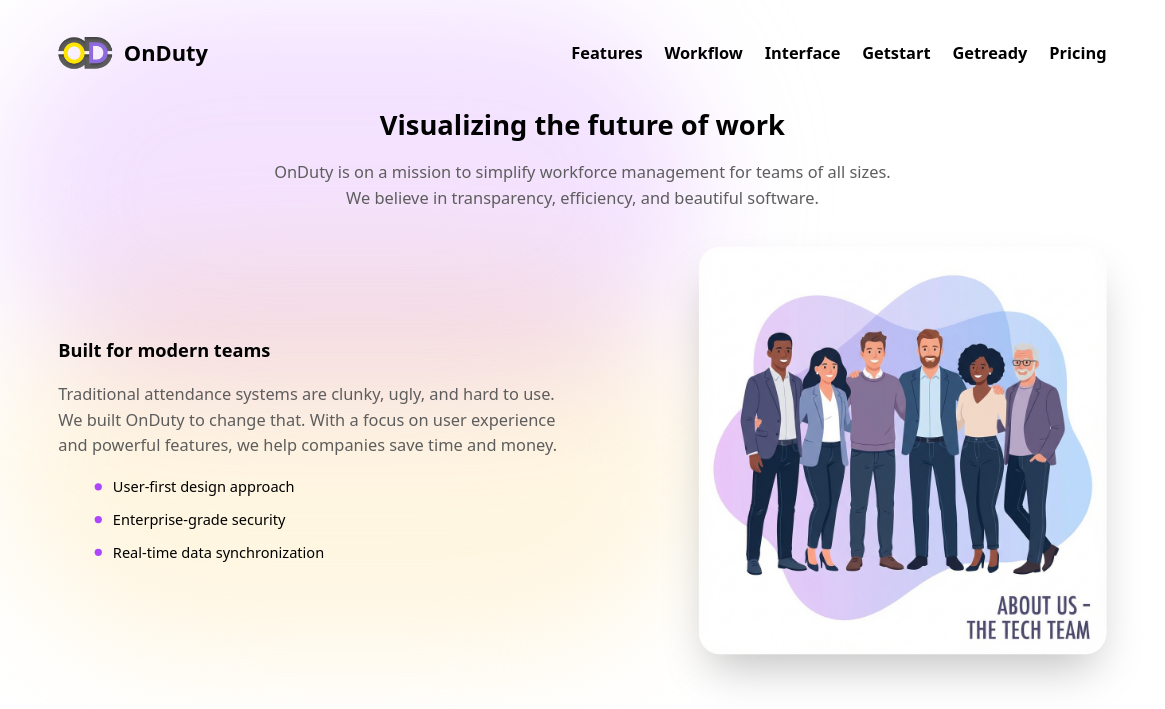
Repository: shekharzorin/ONDUTY-V1
Page: /about
An editor plug-in stored every save of this project. The page is shown before and after the next save, followed by the edit.
The browser window is 1280 px wide. The pictures show the whole page, at 91% of full size.
The project was rebuilt for these pictures with package versions that can differ from the ones it lists, and the page was loaded fresh each time. The framework's server and built-in components were replaced by stand-ins that run in the browser. Also part of the build but not shown: next.config.mjs, vite.config.js, app/components/ui/Crossicon.tsx.

Above is the page before, as saved 2026-01-17 16:23:56.

### app/layout.tsx
import type { Metadata } from "next";
import { Geist, Geist_Mono } from "next/font/google";
import "./globals.css";
import Navbar from "./components/header/Navbar";

const geistSans = Geist({
  variable: "--font-geist-sans",
  subsets: ["latin"],
});

const geistMono = Geist_Mono({
  variable: "--font-geist-mono",
  subsets: ["latin"],
});

export const metadata: Metadata = {
  title: "Create Next App",
  description: "Generated by create next app",
};

export default function RootLayout({
  children,
}: Readonly<{
  children: React.ReactNode;
}>) {
  return (
    <html lang="en">
      <body
        className={`${geistSans.variable} ${geistMono.variable} antialiased`}
      >
        <Navbar />
        {children}
      </body>
    </html>
  );
}

### app/about/page.tsx
import About from '../components/sections/about'

const page = () => {
  return (
    <About/>
  )
}

export default page

### app/globals.css
@import "tailwindcss";

:root {
  --color-primary: #8d6bdc;
  --color-secondary: #e0d4ff;
  --color-bg: #efefef;
  --color-sidebar: #ffffff;
  --color-gray: #5d5d5d;
}

html {
  scroll-behavior: smooth;
}




.flip-card {
  perspective: 1000px;
}

.flip-card-inner {
  transform-style: preserve-3d;
}

.flip-card-front,
.flip-card-back {
  position: absolute;
  width:auto;
  height:auto;
  backface-visibility: hidden;
}

.flip-card-back {
  transform: rotateY(180deg);
}

### app/components/header/Navbar.tsx
"use client";

import Logo from "@/public/images/od_logo.png";
import Image from "next/image";
import Link from "next/link";
import { usePathname } from "next/navigation";
import { useEffect, useState } from "react";
import { MdMenu } from "react-icons/md";
import { motion, AnimatePresence } from "framer-motion";
import { useRouter } from "next/navigation";
import Crossicon from "../ui/Crossicon";

export const navLinks = [
  { name: "Features", id: "features" },
  { name: "Workflow", id: "workflow" },
  { name: "Interface", id: "interface" },
  { name: "Getstart", id: "getstart" },
  { name: "Getready", id: "getready" },
  { name: "Pricing", path: "/pricing/" },
];

const Navbar = () => {
  const pathname = usePathname();
  const [isScrolled, setIsScrolled] = useState(false);
  const [isNavOpen, setIsNavOpen] = useState(false);
  const router = useRouter();
  const [activeSection, setActiveSection] = useState<string | null>(null);

  const handleScrollNav = (id: string) => {
    setActiveSection(id);
    router.push(`/#${id}`);
  };

  useEffect(() => {
    if (pathname !== "/") {
      setActiveSection(null);
    }
  }, [pathname]);

  useEffect(() => {
    if (pathname !== "/") return;
    const hash = window.location.hash.replace("#", "");
    if (hash) {
      setActiveSection(hash);
    } else {
      setActiveSection("features");
    }
  }, [pathname]);

  useEffect(() => {
    const handleScroll = () => setIsScrolled(window.scrollY > 20);
    window.addEventListener("scroll", handleScroll);
    return () => window.removeEventListener("scroll", handleScroll);
  }, []);

  useEffect(() => {
    if (isNavOpen) {
      document.body.style.overflow = "hidden";
    } else {
      document.body.style.overflow = "";
    }
    return () => {
      document.body.style.overflow = "";
    };
  }, [isNavOpen]);

  useEffect(() => {
    if (pathname !== "/") return;

    const sections = [
      "features",
      "workflow",
      "interface",
      "getready",
      "getstart",
    ];
    let locked = true;

    const unlock = () => (locked = false);
    window.addEventListener("scroll", unlock, { once: true });

    const observer = new IntersectionObserver(
      (entries) => {
        if (locked) return;

        entries.forEach((entry) => {
          if (entry.isIntersecting) {
            const id = entry.target.id;

            // 1️⃣ Update active state
            setActiveSection(id);

            // 2️⃣ Update URL hash WITHOUT navigation
            router.replace(`/#${id}`, { scroll: false });
          }
        });
      },
      {
        rootMargin: "-45% 0px -45% 0px",
        threshold: 0,
      }
    );

    sections.forEach((id) => {
      const el = document.getElementById(id);
      if (el) observer.observe(el);
    });

    return () => observer.disconnect();
  }, [pathname, router]);

  return (
    <header
      className={`fixed top-0 left-0 right-0 z-50 border-b transition-all ${
        isScrolled
          ? "bg-transparent backdrop-blur-md border-white shadow-lg py-0"
          : "bg-transparent border-transparent py-5"
      }`}
    >
      <div className="mx-auto w-full px-4 sm:px-6 md:px-8 lg:px-12 xl:px-16 2xl:px-24 max-w-384 py-2 flex items-center justify-between">
        <div className="flex gap-2 lg:gap-3 items-center">
          <Image
            src={Logo}
            alt="Onduty Logo"
            height={60}
            width={60}
            className="flex h-10 w-10 md:h-12 md:w-12 lg:h-15 lg:w-15"
          />
          <h1 className="text-2xl lg:text-2xl font-bold">OnDuty</h1>
        </div>

        {/* Desktop Navbar */}
        <nav className="hidden lg:flex gap-6">
          {navLinks.map((item) => {
            // SCROLL ITEM
            if (item.id) {
              return (
                <button
                  key={item.id}
                  onClick={() => handleScrollNav(item.id)}
                  className={`relative lg:font-semibold xl:font-bold text-lg transition-colors duration-300
                    after:absolute after:left-0 after:-bottom-1 after:h-1
                    after:rounded-full after:bg-(--color-primary)
                    after:transition-all after:duration-300
                    ${
                      activeSection === item.id && pathname === "/"
                        ? "text-(--color-primary)"
                        : "after:w-0 hover:after:w-full"
                    }
                  `}
                >
                  {item.name}
                </button>
              );
            }

            // ROUTE ITEM
            const isActive = pathname === item.path;

            return (
              <Link
                key={item.path}
                href={item.path!}
                className={`relative lg:font-semibold xl:font-bold text-lg transition-colors duration-300
                  after:absolute after:left-0 after:-bottom-1 after:h-1
                  after:rounded-full after:bg-(--color-primary)
                  after:transition-all after:duration-300
                  ${
                    isActive
                      ? "text-(--color-primary)"
                      : "after:w-0 hover:after:w-full"
                  }
                `}
              >
                {item.name}
              </Link>
            );
          })}
        </nav>

        <div className="lg:hidden gap-3">
          <div
            onClick={() => setIsNavOpen(true)}
            className="flex p-1 lg:hidden bg-(--color-secondary) rounded-full border-white border justify-center items-center"
          >
            <MdMenu size={28} className="opacity-10 animate-pulse" />
          </div>

          <AnimatePresence>
            {isNavOpen && (
              <motion.div
                className="fixed inset-0 backdrop-blur-sm bg-black/30 flex justify-end h-screen"
                initial={{ opacity: 0 }}
                animate={{ opacity: 1 }}
                exit={{ opacity: 1 }}
                transition={{ duration: 0.6 }}
              >
                {/* Drawer */}
                <motion.div
                  className="relative w-[70%] md:w-[60%] bg-(--color-sidebar) h-full flex items-center"
                  initial={{ x: "100%" }}
                  animate={{ x: 0 }}
                  exit={{ x: "100%" }}
                  onClick={(e: any) => e.stopPropagation()}
                  transition={{
                    duration: 0.35,
                    ease: "easeInOut",
                  }}
                >
                  {/* Close button */}
                  <div className="flex absolute top-7.25 right-4 md:right-8 lg:hidden z-20 ">
                    <Crossicon onClick={() => setIsNavOpen(false)} />
                  </div>

                  {/* Mobile Navbar */}
                  <nav className="flex flex-col gap-10 p-10 mt-10 w-full">
                    {navLinks.map((item) => {
                      if (item.id) {
                        return (
                          <button
                            key={item.id}
                            onClick={() => {
                              handleScrollNav(item.id);
                              setIsNavOpen(false);
                            }}
                            className={`py-2 w-full relative text-lg font-semibold md:font-bold text-left transition-colors
                              ${
                                activeSection === item.id && pathname === "/"
                                  ? "text-(--color-primary)"
                                  : "text-black/80 hover:text-(--color-primary)"
                              }
                            `}
                          >
                            {item.name}
                          </button>
                        );
                      }

                      const isActive = pathname === item.path;

                      return (
                        <Link
                          key={item.path}
                          href={item.path!}
                          onClick={() => setIsNavOpen(false)}
                          className={`relative text-lg font-semibold md:font-bold py-2
                            ${isActive ? "text-(--color-primary)" : ""}
                          `}
                        >
                          {item.name}
                        </Link>
                      );
                    })}
                  </nav>
                </motion.div>
              </motion.div>
            )}
          </AnimatePresence>
        </div>
      </div>
    </header>
  );
};

export default Navbar;

### app/components/sections/about.tsx
import team from "@/public/images/team.png";
import Image from "next/image";

const About = () => {
  return (
    <section className="relative px-4 sm:px-6 md:px-8 lg:px-12 xl:px-16 2xl:px-24 max-w-384 mx-auto">
      {/* Background flare */}
      <div className="absolute top-0 left-1/2 -translate-x-1/2 w-full h-full max-w-7xl pointer-events-none -z-10">
        <div className="absolute top-0 w-[60%] h-[60%] bg-[#eccfff] rounded-full blur-3xl opacity-60 mix-blend-multiply filter" />
        <div className="absolute bottom-0 w-[60%] h-[60%] bg-[#fff0cd] rounded-full blur-3xl opacity-60 mix-blend-multiply filter" />
      </div>
      <div className="flex flex-col gap-10 mb-15">
        <div className="flex flex-col items-center justify-center mt-30 text-center gap-5">
          <p className="text-2xl lg:text-3xl font-bold leading-[1.15]">
            Visualizing the future of work
          </p>
          <p className="md:text-lg text-(--color-gray)">
            OnDuty is on a mission to simplify workforce management for teams of
            all sizes. <br />
            We believe in transparency, efficiency, and beautiful software.
          </p>
        </div>

        <div className="flex flex-col lg:flex-row items-center justify-center lg:justify-between gap-10">
          <div className="flex flex-col gap-5 text-center lg:text-start">
            <p className="font-bold text-xl">Built for modern teams</p>

            <p className="text-balance md:text-lg text-(--color-gray)">
              Traditional attendance systems are clunky, ugly, and hard to use.
              We built OnDuty to change that. With a focus on user experience
              and powerful features, we help companies save time and money.
            </p>

            <div className="flex items-center justify-center lg:justify-start lg:pl-10">
              <ul className="space-y-3 flex flex-col items-start justify-center">
                <li className="flex items-start gap-3">
                  <span className="mt-2 w-2 h-2 rounded-full bg-purple-500"></span>
                  <span>User-first design approach</span>
                </li>

                <li className="flex items-start gap-3">
                  <span className="mt-2 w-2 h-2 rounded-full bg-purple-500"></span>
                  <span>Enterprise-grade security</span>
                </li>

                <li className="flex items-start gap-3">
                  <span className="mt-2 w-2 h-2 rounded-full bg-purple-500"></span>
                  <span>Real-time data synchronization</span>
                </li>
              </ul>
            </div>
          </div>

          <Image
            src={team}
            alt="Team Image"
            height={300}
            width={300}
            className="relative rounded-3xl shadow-2xl md:w-sm xl:w-md"
          />
        </div>
      </div>
    </section>
  );
};

export default About;

### app/components/footer/footer.tsx
import Image from "next/image";
import Logo from "@/public/images/od_logo.png";
import Link from "next/link";
import { FaFacebook, FaInstagram, FaWhatsapp, FaYoutube } from "react-icons/fa";
import { ReactNode } from "react";

type FooterLink = {
  label: string;
  href: string;
  external?: boolean;
  icon?: ReactNode;
};

type FooterSection = {
  title: string;
  links: FooterLink[];
};

const footerLinks: FooterSection[] = [
  {
    title: "Product",
    links: [
      { label: "Features", href: "/#features" },
      { label: "Workflow", href: "/#workflow" },
      { label: "Getstart", href: "/#getstart" },
      { label: "Pricing", href: "/pricing/" },
    ],
  },
  {
    title: "Company",
    links: [
      { label: "About", href: "/about" },
      { label: "Contact", href: "/contact" },
      { label: "Privacy Policy", href: "/privacy&policy" },
    ],
  },
  {
    title: "Social Media",
    links: [
      {
        label: "Facebook",
        href: "https://www.facebook.com",
        external: true,
        icon: <FaFacebook size={22} />,
      },
      {
        label: "Instagram",
        href: "https://www.instagram.com",
        external: true,
        icon: <FaInstagram size={22} />,
      },
      {
        label: "YouTube",
        href: "https://www.youtube.com",
        external: true,
        icon: <FaYoutube size={22} />,
      },
      {
        label: "WhatsApp",
        href: "https://www.whatsapp.com",
        external: true,
        icon: <FaWhatsapp size={22} />,
      },
    ],
  },
];

const Footer = () => {
  return (
    <section
      id="footer"
      className="relative px-4 sm:px-6 md:px-8 lg:px-12 xl:px-16 2xl:px-24 max-w-384 w-full border-t border-gray-200"
    >
      {/* Background flare */}
      <div className="absolute top-0 left-1/2 -translate-x-1/2 w-full h-full max-w-7xl pointer-events-none -z-10">
        <div className="absolute bottom-0 w-[60%] h-[60%] bg-[#eccfff] rounded-full blur-3xl opacity-60 mix-blend-multiply filter" />
        <div className="absolute top-0 w-[60%] h-[60%] bg-[#fff4da] rounded-full blur-3xl opacity-60 mix-blend-multiply filter" />
      </div>

      <div className="flex flex-col pt-3 lg:pt-10 lg:flex-row lg:justify-between gap-5 lg:gap-20">
        <div className="flex flex-col gap-1 w-full lg:w-[50%]">
          <div className="flex gap-2 lg:gap-3 items-center">
            <Image
              src={Logo}
              alt="Onduty Logo"
              height={60}
              width={60}
              className="flex h-10 w-10 md:h-12 md:w-12 lg:h-15 lg:w-15"
            />
            <h1 className="text-2xl lg:text-2xl font-bold">OnDuty</h1>
          </div>
          <p className="text-(--color-gray)">
            The smart way to manage your team's attendance and tracking. Simple,
            efficient, and reliable.
          </p>
        </div>

        <div className="flex flex-wrap text-(--color-gray) justify-between w-full gap-5 lg:px-0 text-center">
          {footerLinks.map((section) => (
            <div key={section.title} className="flex flex-col gap-5">
              <p className="text-black text-lg lg:text-xl font-semibold">
                {section.title}
              </p>

              {section.links.map((link) => (
                <Link
                  key={link.label}
                  href={link.href}
                  target={link.external === true ? "_blank" : undefined}
                  rel={
                    link.external === true ? "noopener noreferrer" : undefined
                  }
                  className="hover:text-(--color-primary) transition"
                >
                  <p className="flex items-center gap-2 justify-center">
                    {link.icon}
                    {link.label}
                  </p>
                </Link>
              ))}
            </div>
          ))}
        </div>
      </div>

      <hr className="text-gray-300 mt-5" />
      <div className="text-(--color-gray) flex flex-col md:flex-row md:justify-between gap-5 my-5">
        <p>© 2026 OnDuty. All rights reserved.</p>
        <Link href="#">
          <p>Terms & Conditions</p>
        </Link>
      </div>
    </section>
  );
};

export default Footer;

After the next save:
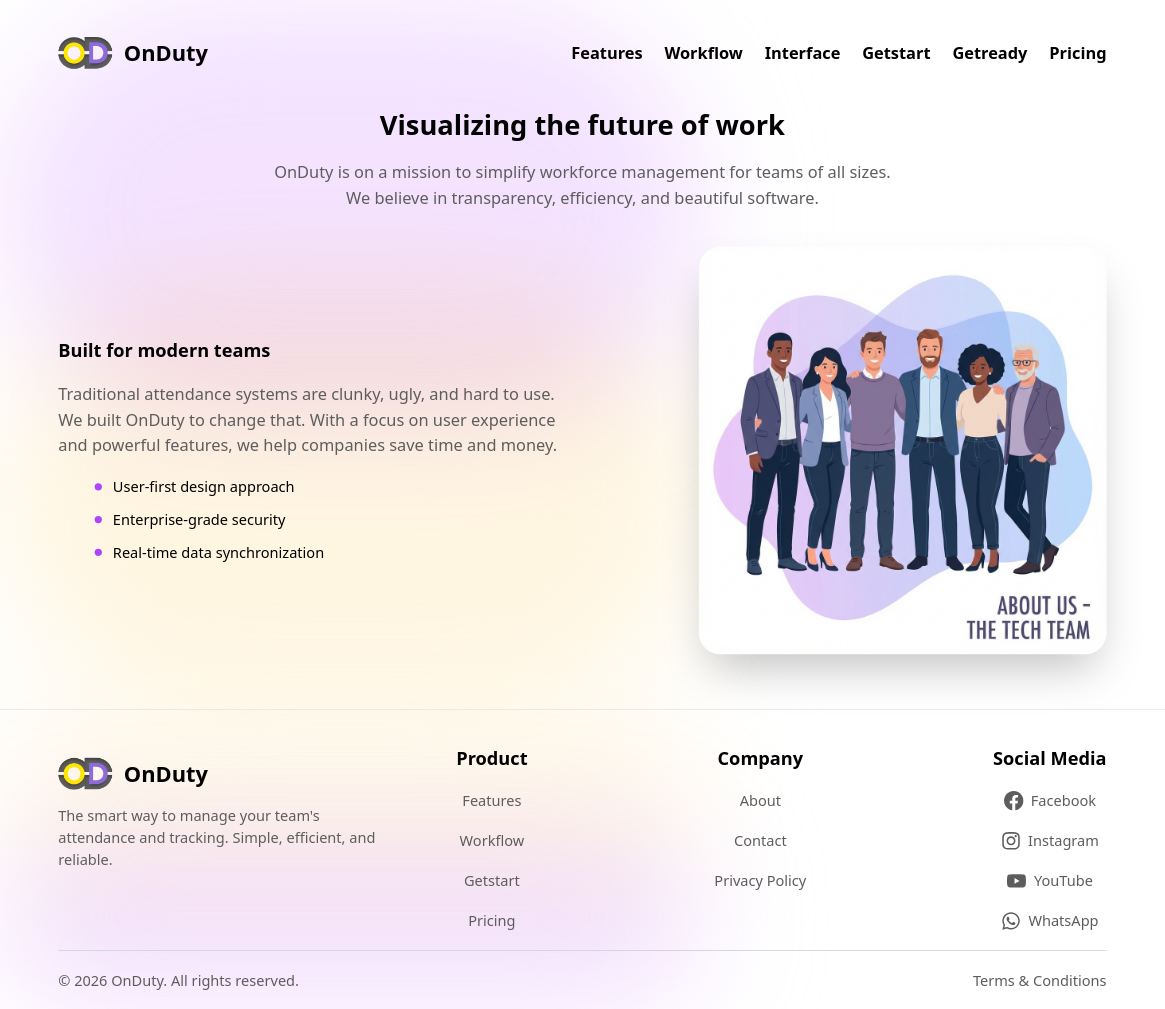
Saved 3 min 21 s later.
--- a/app/about/page.tsx
+++ b/app/about/page.tsx
@@ -1,9 +1,13 @@
-import About from '../components/sections/about'
+import Footer from "../components/footer/footer";
+import About from "../components/sections/about";
 
 const page = () => {
   return (
-    <About/>
-  )
-}
+    <div className="flex flex-col">
+      <About />
+      <Footer/>
+    </div>
+  );
+};
 
-export default page
+export default page;
